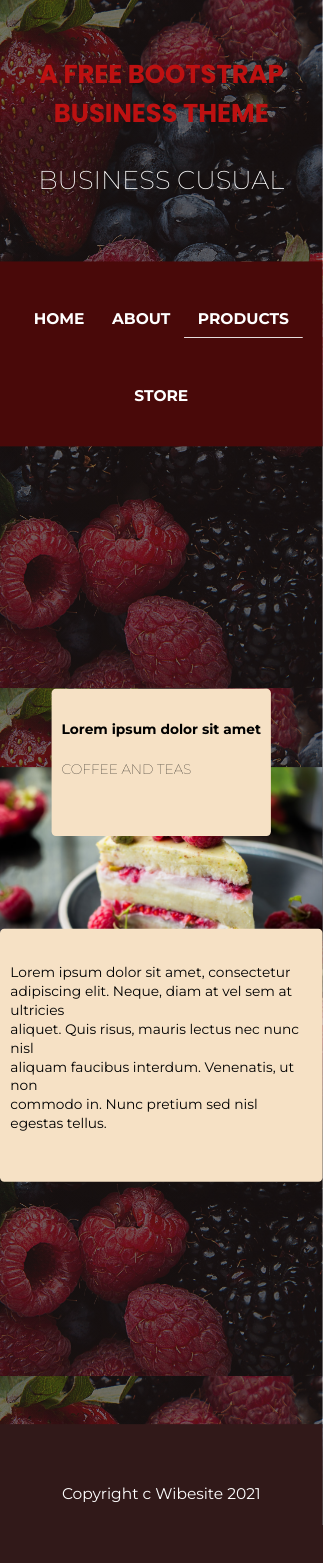
Repository: wadelfadill/tache_7_Business_bootstrap_theme
Page: product.html
The author's editor kept a copy of each file at every save. The page is drawn from the files as they stood at one save, then again after the next save.
The browser window is 375 px wide. The pictures show the whole page, at 86% of full size.
Backgrounds fixed to the window are drawn as part of the page.

Above is the page before, as saved 2023-04-28 20:47:56.

After the next save:
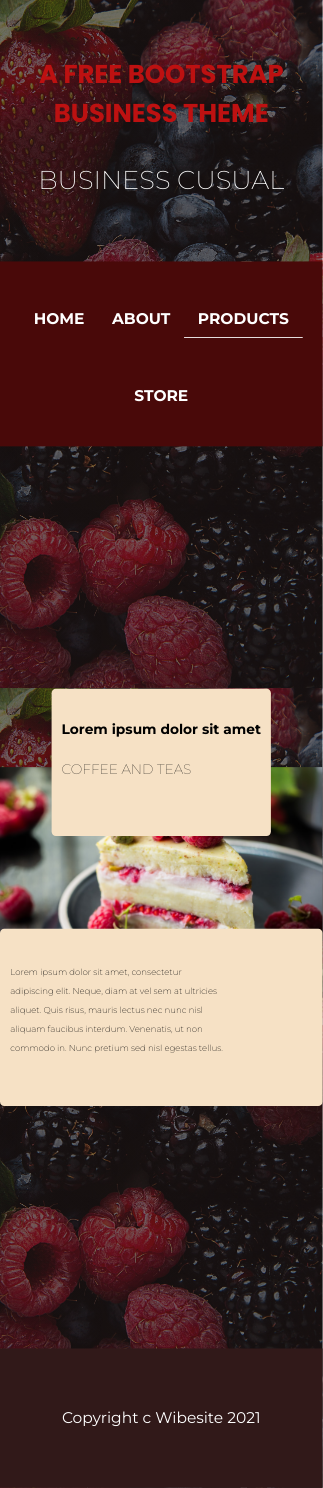
Saved 33 min 30 s later.
--- a/css/product_style.css
+++ b/css/product_style.css
@@ -84,7 +84,7 @@
         font-size: medium;
     }
     .box-bottom p{
-        font-size: medium;
-        font-weight: normal;
+        font-size: 10px;
+        font-weight: 200;
     }
 }
